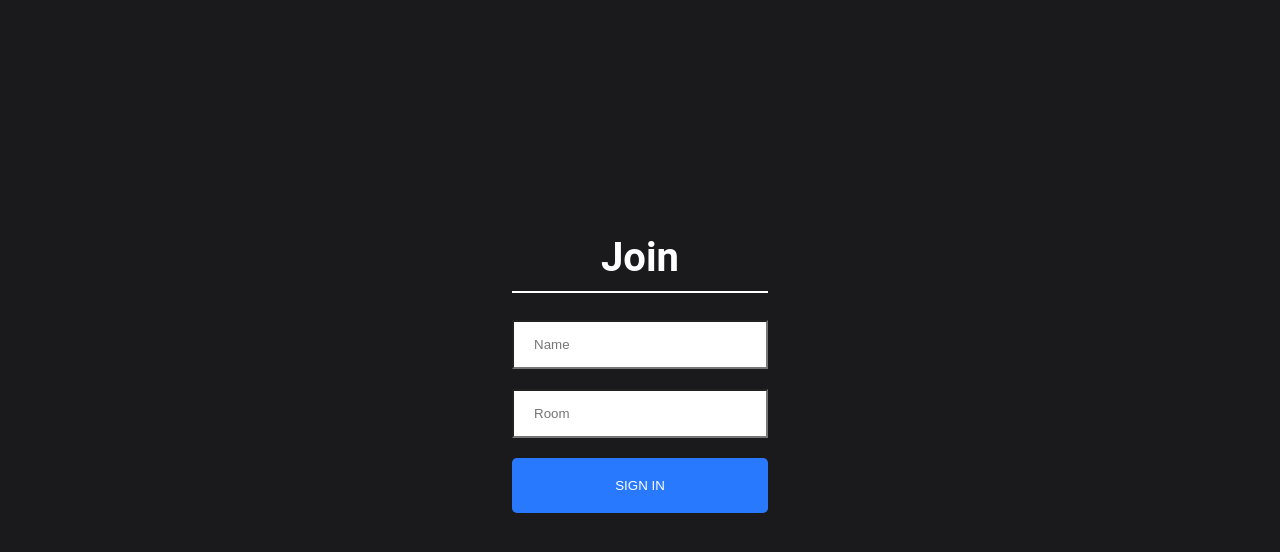
Repository: morela/chatApp
Page: / (app in client/)
These files come from the project's save history. The page is drawn as it stood at one moment and after the next save; the edit follows.
The browser window is 1280 px wide. The pictures show the whole page.
The project was rebuilt for these pictures with package versions that can differ from the ones it lists, and the page was loaded fresh each time. Also part of the build but not shown: client/src/components/Chat/Chat.css, client/src/components/Chat/Chat.js.

Above is the page before, as saved 2021-02-13 20:39:34.

After the next save:
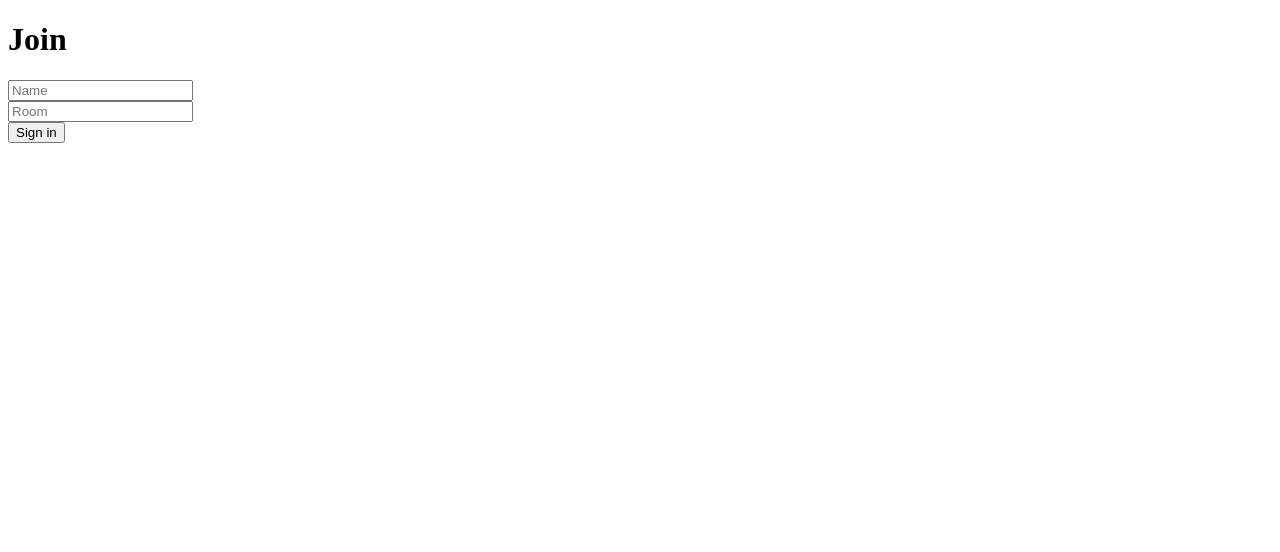
Saved 2 min 4 s later.
--- a/client/src/components/Join/Join.js
+++ b/client/src/components/Join/Join.js
@@ -1,7 +1,7 @@
 import React, { useState } from "react";
 import { Link } from "react-router-dom";
 
-import "./Join.css";
+//import "./Join.css";
 
 
 

After the save that followed:
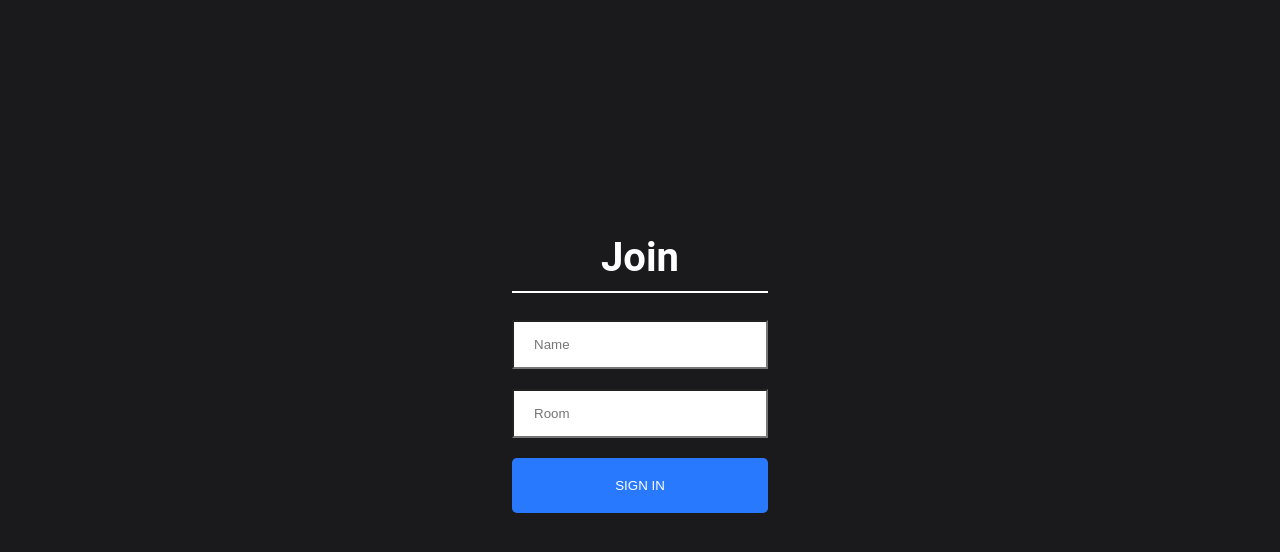
Saved 10 s later.
--- a/client/src/components/Join/Join.js
+++ b/client/src/components/Join/Join.js
@@ -1,7 +1,7 @@
 import React, { useState } from "react";
 import { Link } from "react-router-dom";
 
-//import "./Join.css";
+import "./Join.css";
 
 
 
